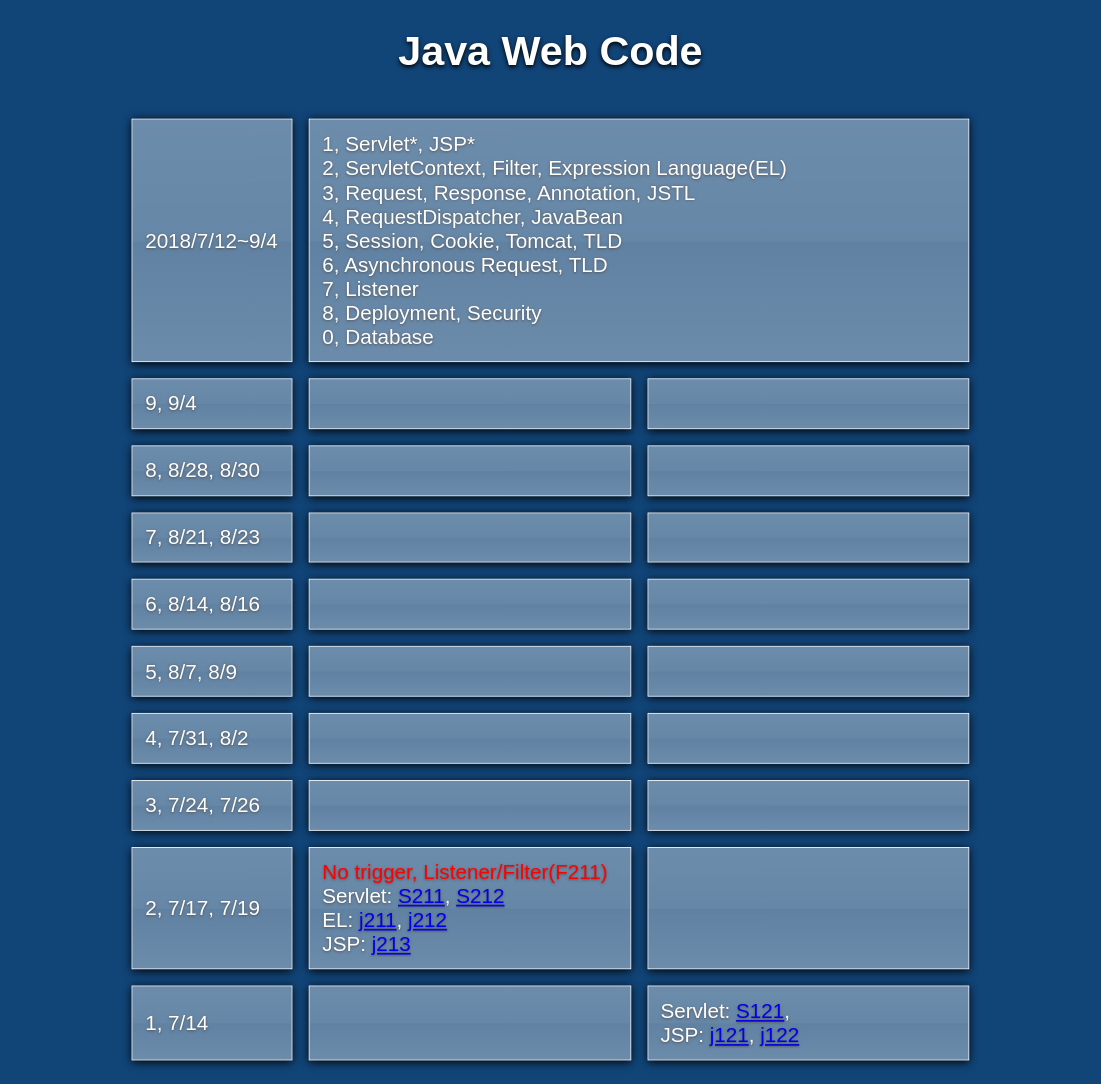
Repository: anxhuang/Java_Web
Page: code/WebContent/index.html
An editor plug-in stored every save of this project. The page is shown before and after the next save, followed by the edit.
The browser window is 1280 px wide. The pictures show the whole page, at 86% of full size.

Above is the page before, as saved 2018-07-17 11:55:42.

After the next save:
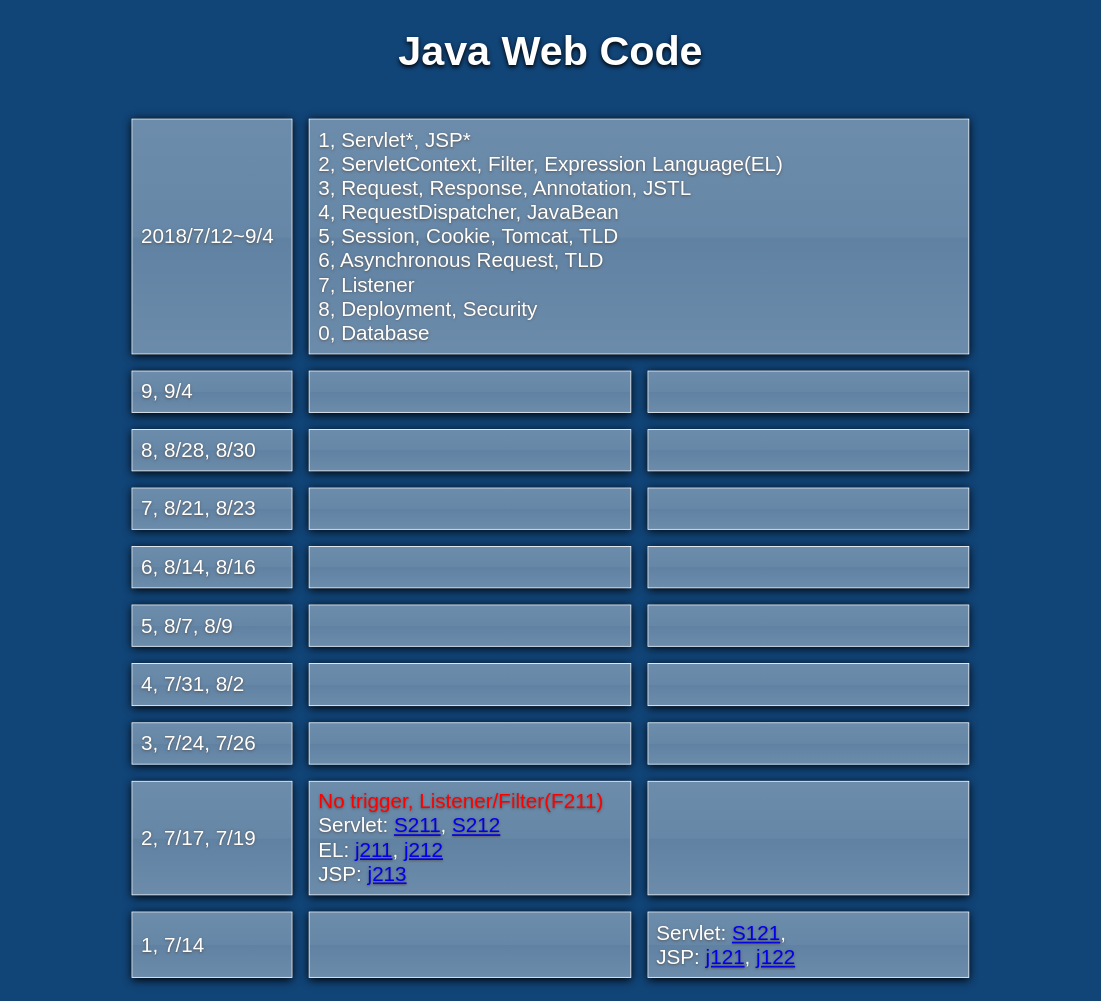
Saved 16 s later.
--- a/code/WebContent/index.html
+++ b/code/WebContent/index.html
@@ -24,7 +24,7 @@
 	td{
 		color: #FFF;
 		text-shadow: 0px 1px 3px #555;
-		padding: 0.15in;
+		padding: 0.1in;
 		border: 1px solid #FFF;
 		/*background: rgba(230,230,230,0.8);*/
 		/* Permalink - use to edit and share this gradient: http://colorzilla.com/gradient-editor/#f6f8f9+0,e5ebee+50,d7dee3+51,f5f7f9+100&0.4+1,0.4+100 */
